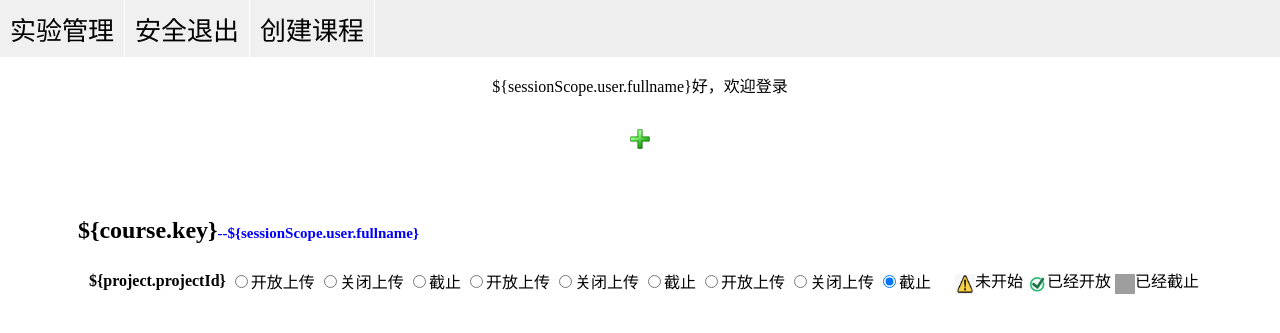
Repository: IAmJiangWenHao/ReportServer
Page: web/demo.html
These files come from the project's save history. The page is drawn as it stood at one moment and after the next save; the edit follows.
The browser window is 1280 px wide. The pictures show the whole page.
The pointer rests on the first visible `.topbar-item`.
Pictures or frames that could not be fetched are drawn as grey boxes.

Above is the page before, as saved 2023-05-19 18:08:36.
Console error: ReferenceError: requests is not defined

### web/demo.html
<!-- <%@page import="com.report.javabeans.ExpClass"%>
<%@page import="com.report.javabeans.Project"%>
<%@page import="com.report.javabeans.User"%>
<%@page import="java.util.ArrayList"%>
<%@page import="java.io.File"%>
<%@page import="java.util.List"%>
<%@page import="java.net.URLEncoder"%>
<%@page import="java.util.Map"%>
<%@page isELIgnored="false"%>
<%@page contentType= "text/html; charset=UTF-8" pageEncoding="UTF-8"%>

<%@ taglib uri="http://java.sun.com/jsp/jstl/core" prefix="c" %>
<%@ taglib uri="/tlds/reporttag_library" prefix="mytag" %> -->
<!--script type="text/javascript" src="${pageContext.request.contextPath}/script/scriptV1.js?v=1.0"></script-->
<!DOCTYPE html>
<html>
  <!-- <%
    response.setHeader("Pragma", "no-cache");
    response.addHeader("Cache-Control", "must-revalidate");
    response.addHeader("Cache-Control", "no-cache");
    response.addHeader("Cache-Control", "no-store");
    response.setDateHeader("Expires", 0);
  %> -->
  <head>
    <meta http-equiv="Content-Type" content="text/html; charset=UTF-8">
    <title>实验上传系统 </title>

  </head>

  <body style="margin: 0;">
    <style>
      .topbar-item{
        padding: 10px;
        border-right: 1px solid white;
        background-color: rgba(240, 240, 240, 1)
      }
      .topbar-item:hover{
        background-color: rgba(240, 240, 240, 0.3)


      }

    </style>
    <!-- ${mytag:LoadCourseProject(pageContext.request,pageContext.response)} -->
    <script>

      window.onload = function () {//Ajax实现更新项目状态
        var ratios = document.getElementsByTagName("input");//获取所有input（本页面的input只有单选按钮）
        var map = new Map();//记录单选按钮旧值
        for (var i = 0; i < ratios.length; i++) {
          map.set((i + 1).toString(), ratios[i].checked);
          //oninput事件在input的值发生改变时触发，这里监听单选按钮值得改变
          ratios[i].oninput = function () {
            var r = false;
            if (this.value === "deadline") {//是否选择截止
              //是否确认修改
              r = confirm("截止后不可再设置，确定截止？");
            }
            //取消截止
            if (this.value === "deadline" && r === false) {
              var list = document.getElementsByName(this.name);
              for (var j = 0; j < list.length; j++)
                list[j].checked = map.get(list[j].id);
              return;
            }
            ratioName = this.name;
            //确定截止，不允许再更改状态
            if (this.value === "deadline") {
              var list = document.getElementsByName(this.name);
              for (var j = 0; j < list.length; j++)
              {
                list[j].disabled = "disable";
                map.set(list[j].id, list[j].checked);
              }
            } else {
              var list = document.getElementsByName(this.name);
              for (var j = 0; j < list.length; j++)
                map.set(list[j].id, false);
              map.set(this.id, this.checked);
            }
            var formData = new FormData();//FormData 对象
            var course = ratioName.substr(0, ratioName.indexOf("-"));
            var project = ratioName.substr(ratioName.indexOf("-") + 1, ratioName.length - 1);
            //添加KV
            formData.append("project", project);//项目
            formData.append("course", course); //课程名
            formData.append("status", this.value);//状态
            var cell = document.getElementById(this.name);
            //显示实验项目状态提示信息
            cell.innerHTML = "&nbsp;&nbsp;&nbsp;&nbsp;&nbsp;";
            if (this.value === "open")
              cell.innerHTML += "<img style=\"vertical-align: middle;height:20px;width:20px\" src=\"./img/check.jpg\"/>已经开放";
            if (this.value === "close")
              cell.innerHTML += "<img style=\"vertical-align: middle;height:20px;width:20px\" src=\"./img/undone.png\"/>未开始";
            if (this.value === "deadline")
              cell.innerHTML += "<img style=\"vertical-align: middle;height:20px;width:20px\" src=\"./img/deadline.jpg\"/>已截止";
            //1.创建请求对象
            const xhr = new XMLHttpRequest();
            //2.设置请求行，这里用post(get请求数据写在url后面)
            //updateProject.do实现后端更新
            xhr.open("post", getAppPath() + "/updateProject.do");
            //3.设置请求头(get请求可以省略,post不发送数据也可以省略)
            //xhr.setRequestHeader("Content-type","application/x-www-form-urlencoded");
            // 用formData可以不写请求头，写了无法正常上传文件
            //4.请求主体发送(get请求为空，或者写null，post请求数据写在这里，
            //如果没有数据，直接为空或者写null)
            xhr.send(formData);
            //注册回调函数
            xhr.onload = function ()
            {
              if (xhr.readyState === 4)
              {
                if (xhr.status >= 200 && xhr.status <= 300)
                { //判断响应码 2XX 表示成功
                  console.log(xhr.response.toString());
                } else
                  console.log("响应码：" + xhr.status); //状态码
              } else
                console.log(xhr.readyState);
              ;
            };
          };
        }
        ;
      };
    </script>
    <script>
      function getAppPath() {
        //获取当前URL
        var curURL = window.document.location.href;
        //获取主机地址之后的路径部分（就是文件地址）
        var pathName = window.document.location.pathname;
        var pos = curURL.indexOf(pathName);
        //获取应用地址
        var host = curURL.substring(0, pos);
        //获取带"/"的应用名，如：/***
        var webAppName = pathName.substring(0, pathName.substr(1).indexOf('/') + 1);
        return host + webAppName;
      }
    </script>
    <script>
        session = requests.session ()
      var isIE = /msie/i.test(navigator.userAgent) && !window.opera;
      function fileChange(target, type) {
        var fileSize = 0;
        var filepath = target.value;
        var filemaxsize = 1024 * 5;//5M
        var flag = -1;
        if (filepath) {
          var fileend = filepath.substring(filepath.lastIndexOf("."));
          // alert(fileend);
          if (type && type.length > 0) {
            //alert(fileend.indexOf(type));
            if (fileend !== ".xlsx") {
              alert("只接受xlsx类型的文件！");
              target.value = "";
              return false;
            }
          }
        } else {
          return false;
        }
        if (isIE && !target.files) {
          var filePath = target.value;
          var fileSystem = new ActiveXObject("Scripting.FileSystemObject");
          if (!fileSystem.FileExists(filePath)) {
            alert("附件不存在，请重新输入！");
            return false;
          }
          var file = fileSystem.GetFile(filePath);
          fileSize = file.Size;
        } else {
          fileSize = target.files[0].size;
        }

        var size = fileSize / 1024;
        if (size > filemaxsize) {
          alert("附件大小不能大于" + filemaxsize / 1024 + "M！");
          target.value = "";
          return false;
        }
        if (size <= 0) {
          alert("附件大小不能为0M！");
          target.value = "";
          return false;
        }
      }
      function Check()
      {
        for (var i = 0; i < document.form1.elements.length - 1; i++)
        {
          if (document.form1.elements[i].value === "")
          {
            alert("不可空！");
            document.form1.elements[i].focus();
            return false;
          }
        }
        return true;
      }
      function cls() {
        var createCell = document.getElementById("createCourse");
        createCell.innerHTML = "";
      }

      function createCourse() {
        var createCell = document.getElementById("createCourse");
        createCell.innerHTML = "<form action=\"../uploadCourseServlet\" enctype=\"multipart/form-data\" method=\"post\" name=\"form1\" onSubmit=\"return Check()\"><table></tr><tr> <td>建课模板：</td><td><a href=\"实验课模板.xlsx\">下载</a></td></tr><tr><td>课程名：</td><td><input style=\" font-size:16px\" type=\"text\" name=\"courseName\" size=\"20\"/>(例：程序设计实验)</td></tr><tr><td>班级：</td><td><input style=\" font-size:16px\" type=\"text\" name=\"className\" size=\"20\"/>(例:信安201)</td></tr><tr> <td>文件：</td><td><input style=\" font-size:16px\" type=\"file\" name=\"file\" size=\"40\" id=\"fup\" onchange=\'fileChange(this,\".xlsx\");\'/></td><tr><td style=\"height:50px;\" align=\"right\" ><input style=\" font-size:16px\" type=\"submit\" value=\"提交\" size='30'/> </td><td align=\"left\"><input style=\" font-size:16px\" type=\"button\" value=\"关闭\" size='30' onclick=\"cls()\"/> </td></tr></table></form>";
      };
              backremove = function(){
           console.log(hhhhh);
       };
    </script>
    <div >
      <div style="display:flex;font-size: 26px;background-color: buttonface;">
        <div class="topbar-item" color="black"> 实验管理</div>
        <div class="topbar-item"><a style="color: black;text-decoration:none;" href="exit.jsp">安全退出</a></div>
        <div class="topbar-item" onclick="createCourse()">创建课程</div></div>
<div style="display: flex;flex-direction:column;align-items:center">
  <p>${sessionScope.user.fullname}好，欢迎登录</p>
  <p>
    <img style="vertical-align: middle;height:20px" alt="" width="20" src="./img/new.jpg"/>

  <div id="createCourse">

  </div>
</p>



    <c:forEach var="course" items="${sessionScope.courseData}" varStatus="statusCourse">
      <h2> ${course.key}<font style="font-size:15px;color:blue">--${sessionScope.user.fullname}</font></h2><p>
      <table>
        <c:forEach var="project" items="${course.value}" varStatus="statusProject">
          <tr style=" height: 30px;border: 1px">
            <td>&nbsp;&nbsp;<b>${project.projectId}</b></td>
            <td><!-- 3.一组单选按钮 radio（同name），只能选一个
                     request.getParameter("***")-->
              <c:if test="${project.state==0}">
                <input type="radio" id="${"course".concat(statusCourse.count).concat(statusProject.count).concat(1)}"  name="${course.key.concat("-").concat(project.projectId)}" value="open">开放上传
                <input type="radio" id="${"course".concat(statusCourse.count).concat(statusProject.count).concat(1)}"  name="${course.key.concat("-").concat(project.projectId)}" value="close" checked="true">关闭上传
                <input type="radio" id="${"course".concat(statusCourse.count).concat(statusProject.count).concat(1)}"  name="${course.key.concat("-").concat(project.projectId)}" value="deadline">截止
              </c:if>
              <c:if test="${project.state==1}">
                <input type="radio" id="${"course".concat(statusCourse.count).concat(statusProject.count).concat(1)}"  name="${course.key.concat("-").concat(project.projectId)}" value="open" checked="true">开放上传
                <input type="radio" id="${"course".concat(statusCourse.count).concat(statusProject.count).concat(1)}"  name="${course.key.concat("-").concat(project.projectId)}" value="close" >关闭上传
                <input type="radio" id="${"course".concat(statusCourse.count).concat(statusProject.count).concat(1)}"  name="${course.key.concat("-").concat(project.projectId)}" value="deadline">截止
              </c:if>
              <c:if test="${project.state==2}">
                <input type="radio" id="${"course".concat(statusCourse.count).concat(statusProject.count).concat(1)}"  name="${course.key.concat("-").concat(project.projectId)}" value="open">开放上传
                <input type="radio" id="${"course".concat(statusCourse.count).concat(statusProject.count).concat(1)}"  name="${course.key.concat("-").concat(project.projectId)}" value="close" >关闭上传
                <input type="radio" id="${"course".concat(statusCourse.count).concat(statusProject.count).concat(1)}"  name="${course.key.concat("-").concat(project.projectId)}" value="deadline" checked="true">截止
              </c:if>
            </td>
            <td id="${course.key.concat("-").concat(project.projectId)}">&nbsp;&nbsp;&nbsp;&nbsp;
              <c:if test="${project.state==0}" >
                <img style="vertical-align: middle;height:20px;width:20px" alt="" src="../img/undone.png"/>未开始
              </c:if>
              <c:if test="${project.state==1}" >
                <img style="vertical-align: middle;height:20px;width:20px" alt="" src="../img/check.jpg"/>已经开放
              </c:if>
              <c:if test="${project.state==2}" >
                <img style="vertical-align: middle;height:20px;width:20px" alt="" src="../img/deadline.png"/>已经截止
              </c:if>
            </td>
          </tr>
        </c:forEach>
      </table>
    </c:forEach>
  </div>
  </div>
</body>
</html>

After the next save:
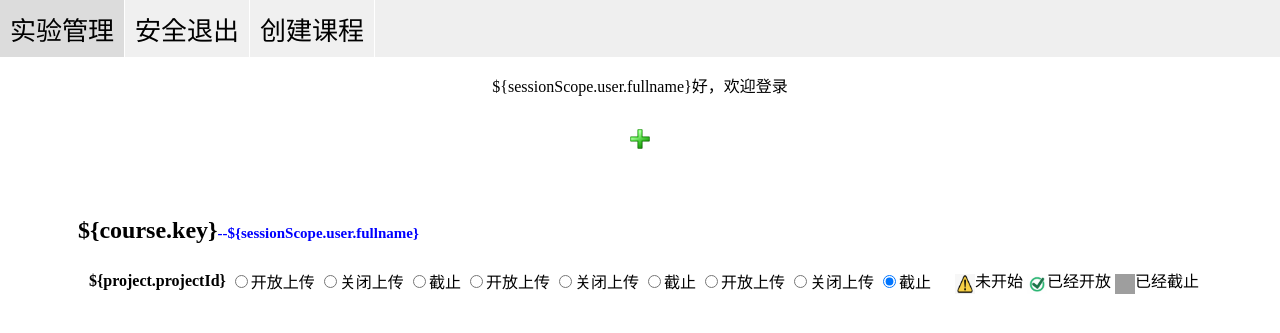
Saved 21 s later.
--- a/web/demo.html
+++ b/web/demo.html
@@ -35,7 +35,7 @@
         background-color: rgba(240, 240, 240, 1)
       }
       .topbar-item:hover{
-        background-color: rgba(240, 240, 240, 0.3)
+        background-color: gainsboro
 
 
       }
